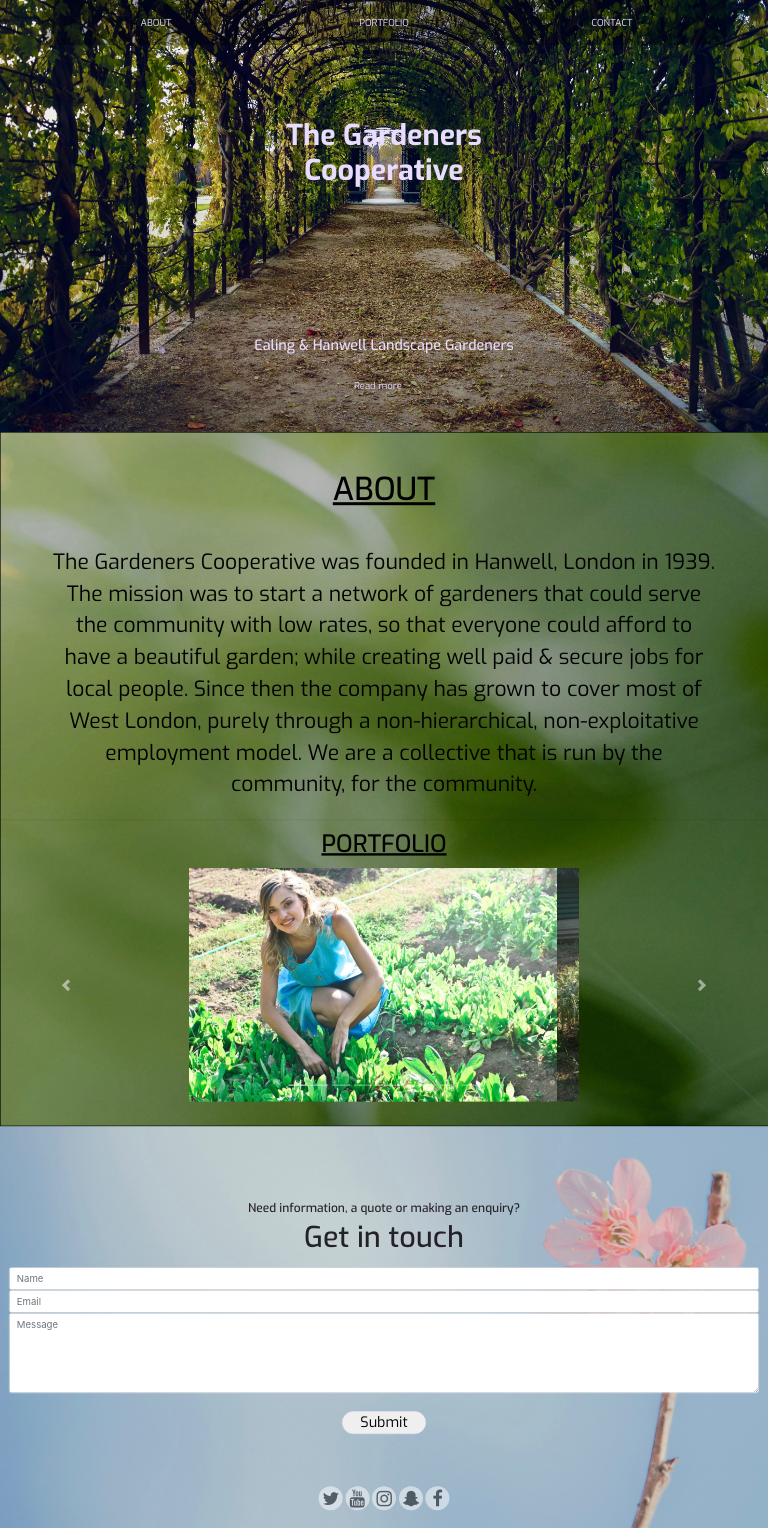
Repository: harrypars0ns/milestone-project
Page: index.html
The author's editor kept a record of every edit. The page is drawn from the files as they stood at one moment, then again after the next edit.
The browser window is 1280 px wide. The pictures show the whole page, at 60% of full size.
Backgrounds fixed to the window are drawn as part of the page.

Above is the page before.

### index.html
<!DOCTYPE html>
<html lang="en">

<head>
    <meta charset="UTF-8">
    <meta name="viewport" content="width=device-width, initial-scale=1.0">
    <meta http-equiv="X-UA-Compatible" content="ie=edge">
    <link rel="stylesheet" href="https://stackpath.bootstrapcdn.com/bootstrap/4.3.1/css/bootstrap.min.css" type="text/css" />
    <link rel="stylesheet" href="https://stackpath.bootstrapcdn.com/font-awesome/4.7.0/css/font-awesome.min.css" type="text/css" />
    <link rel="stylesheet" href="assets/css/style.css" type="text/css" />
    <title>Milestone</title>
</head>

<body>
    <!------------------------------------------------------NAV&LANDING>-->
    <div class="landing">
            <nav class='fixed-top container'>
                <div class="row">
                    <div class="col-4">
                        <a href="#about">ABOUT</a>
                    </div>
                    <div class="col-4">
                        <a href="#portfolio">PORTFOLIO</a>
                    </div>
                    <div class="col-4">
                        <a href="#contact">CONTACT</a>
                    </div>
                </div>
            </nav>


        <!-----------------------------------------TITLE---------------->



        <div id="landing" class="view">

            <div class="mask rgba-black-strong">

                <div class="container-fluid d-flex align-items-center justify-content-center h-100">

                    <div class="content row d-flex justify-content-center text-center">

                        <div class="col-md-10">

                            <h2 class="font-weight-bold pt-5 mb-2">The Gardeners Cooperative</h2>



                            <h4>Ealing & Hanwell Landscape Gardeners</h4>
                            <a class='no-underline' href="#about"><button type="button" class="btn btn-large btn-outline">Read more<i class="fas fa-book ml-2"></i></button></a>

                        </div>

                    </div>

                </div>

            </div>

        </div>
    </div>




    <!------------------------------------------------------------------ABOUT->-->



    <div class='about' id='about'>

        <div class="info text-center">
            <div class="">
                <h1>ABOUT</h1>
            </div>

            <div class="container">
                <div class="row">
                    <div class="col">
                        <p>The Gardeners Cooperative was founded in Hanwell, London in 1939. The mission was to start a network of gardeners that could serve the community with low rates, so that everyone could afford to have a beautiful garden; while creating
                            well paid & secure jobs for local people. Since then the company has grown to cover most of West London, purely through a non-hierarchical, non-exploitative employment model. We are a collective that is run by the community,
                            for the community.</p>
                    </div>

                </div>
            </div>

        </div>
        <hr>
        <!-------------------------------------------------------------------PORTFOLIO-->
        <div class="container-fluid portfolio" id='portfolio'>
            <div class="text-center">
                <h1>PORTFOLIO</h1>
            </div>
            <div class="portfolio">
                <div id="carouselExampleIndicators" class="carousel slide" data-ride="carousel">
                    <ol class="carousel-indicators">
                        <li data-target="#carouselExampleIndicators" data-slide-to="0" class="active"></li>
                        <li data-target="#carouselExampleIndicators" data-slide-to="1"></li>
                        <li data-target="#carouselExampleIndicators" data-slide-to="2"></li>
                        <li data-target="#carouselExampleIndicators" data-slide-to="3"></li>
                        <li data-target="#carouselExampleIndicators" data-slide-to="4"></li>
                        <li data-target="#carouselExampleIndicators" data-slide-to="5"></li>
                        <li data-target="#carouselExampleIndicators" data-slide-to="6"></li>
                        <li data-target="#carouselExampleIndicators" data-slide-to="7"></li>
                        <li data-target="#carouselExampleIndicators" data-slide-to="8"></li>

                    </ol>
                    <div class="carousel-inner">
                        <div class="carousel-item active">
                            <img class="d-block w-100 responsive" src="assets/images/lady.jpg" alt="First slide">
                        </div>
                        <div class="carousel-item">
                            <img class="d-block w-100 responsive" src="assets/images/lady2.jpg" alt="Second slide">
                        </div>
                        <div class="carousel-item">
                            <img class="d-block w-100 responsive" src="assets/images/flowers.jpg" alt="Third slide">
                        </div>
                        <div class="carousel-item">
                            <img class="d-block w-100 responsive" src="assets/images/lady4.jpg" alt="Fourth slide">
                        </div>
                        <div class="carousel-item">
                            <img class="d-block w-100 responsive" src="assets/images/bench.jpg" alt="Fifth slide">
                        </div>
                        <div class="carousel-item">
                            <img class="d-block w-100 responsive" src="assets/images/bloom.jpg" alt="Sixth slide">
                        </div>
                        <div class="carousel-item">
                            <img class="d-block w-100 responsive" src="assets/images/lady3.jpg" alt="Seventh slide">
                        </div>
                        <div class="carousel-item">
                            <img class="d-block w-100 responsive" src="assets/images/adult3.jpg" alt="Eighth slide">
                        </div>
                        <div class="carousel-item">
                            <img class="d-block w-100 responsive" src="assets/images/garden.jpg" alt="Nninth slide">
                        </div>
                    </div>
                    <a class="carousel-control-prev" href="#carouselExampleIndicators" role="button" data-slide="prev">
                        <span class="carousel-control-prev-icon" aria-hidden="true"></span>
                        <span class="sr-only">Previous</span>
                    </a>
                    <a class="carousel-control-next" href="#carouselExampleIndicators" role="button" data-slide="next">
                    <span class="carousel-control-next-icon" aria-hidden="true"></span>
                    <span class="sr-only">Next</span>
                    </a>
                </div>


            </div>


        </div>
    </div>

    <!-------------------------------------------------------------------CONTACT-->


    <div class='contact' id='contact'>

        <section class='container-fluid'>
            <div class="row form-page">
                <div class="col">
                    <div class="contact-info">
                        <h5 class='contact-heading question'>Need information, a quote or making an enquiry?</h4>
                            <h2 class='contact-heading'>Get in touch</h2>
                    </div>
                    <div class="form">
                        <form>
                            <input type="text" name="name" id "fullname" class='form-control' placeholder='Name' required/>
                            <input type="email" name="email" id "email" class='form-control' placeholder='Email' required/>
                            <textarea rows='5' name="message" id "message" class='form-control' placeholder='Message' required/></textarea>
                            <div class="submit">
                                <input id='submit' type="submit" value="Submit" />
                            </div>
                        </form>
                    </div>
                </div>
            </div>
        </section>


        <div class="footer" id='footer'>
            <div class="iconwrapper" <a href="#" class="fa fa-facebook">
                </a>
                <a href="#" class="fa inner fa-twitter"></a>
                <a href="#" class="fa inner fa-youtube"></a>
                <a href="#" class="fa inner fa-instagram"></a>
                <a href="#" class="fa inner fa-snapchat-ghost"></a>
                <a href="#" class="fa inner fa-facebook"></a>


            </div>

        </div>
    </div>








    <script src="https://code.jquery.com/jquery-3.3.1.slim.min.js" integrity="sha384-q8i/X+965DzO0rT7abK41JStQIAqVgRVzpbzo5smXKp4YfRvH+8abtTE1Pi6jizo" crossorigin="anonymous"></script>
    <script src="https://cdnjs.cloudflare.com/ajax/libs/popper.js/1.14.7/umd/popper.min.js" integrity="sha384-UO2eT0CpHqdSJQ6hJty5KVphtPhzWj9WO1clHTMGa3JDZwrnQq4sF86dIHNDz0W1" crossorigin="anonymous"></script>
    <script src="https://stackpath.bootstrapcdn.com/bootstrap/4.3.1/js/bootstrap.min.js" integrity="sha384-JjSmVgyd0p3pXB1rRibZUAYoIIy6OrQ6VrjIEaFf/nJGzIxFDsf4x0xIM+B07jRM" crossorigin="anonymous"></script>

</body>

</html>

### assets/css/style.css
@import url('https://fonts.googleapis.com/css?family=Roboto:100,100i,300,300i,400,400i,500,500i,700&display=swap');
@import url('https://fonts.googleapis.com/css?family=Exo:100,200,300,400,500,600,700&display=swap');



/*----------------------------------------- LANDING*/

.landing {
    background-image: url('../images/landing3.jpg');
    height: 100%;
    background-attachment: fixed;
    background-position: bottom;
    background-repeat: no-repeat;
    background-size: cover;
    border: 0px;
    z-index: 1;
    padding-bottom: 10%;
}


body {
    padding: 0;
    background: black;
}

html,
body,
header,
#intro {
    height: 100%;
    width: 100%;
    color: #e8dcff;


}



#intro {

    -webkit-background-size: cover;
    -moz-background-size: cover;
    -o-background-size: cover;
    background-size: cover;
    text-align: center;


}


.content {
    margin-top: 12%;
    font-family: 'Exo', sans-serif;


}

h2 {
    font-size: 3em;
}

h4 {
    padding-top: 50%;
}




.btn-outline {
    color: #e8dcff;
    margin-top: 5%;
}

.btn-outline:hover {
    color: rgba(112, 241, 146, 0.9);
}

/*section {*/

/*    text-align: center;*/

/*}*/

/*-------------------------------------------------------NAV*/


nav {
    color: #e8dcff;
    text-align: center;
    font-family: 'Exo', sans-serif;
    padding: 2%;
    margin: 0;
    background: rgba(0, 0, 0, 0.3);
    background-clip: padding-box;
    width: 100%;


}

nav a {
    color: #e8dcff;
    text-decoration: none;

}



nav a:hover {
    color: #e8dcff;
    right: 0;
    text-decoration: none;
}

nav a:hover:after {
    border-color: #e8dcff;
    right: 0;
}

nav a:after {
    border-radius: 1em;
    border-top: .1em solid #e8dcff;
    content: "";
    position: absolute;
    right: 100%;
    bottom: .14em;
    left: 0;
    transition: right .4s cubic-bezier(0, .5, 0, 1),
    border-color .4s ease-out;
}

nav a:hover:after {
    right: 0;
}





.no-padding {
    padding: 0 !important;
}




/*----------------------------------------- ABOUT*/

.about {

    background-image: url('../images/about.jpg');

    /*background-position: center;*/
    background-repeat: no-repeat;

    background-size: cover;

    border: 0.1px solid rgba(0, 0, 0, 0);

}




.info {


    font-family: "Exo", sans-serif;

    color: #000000;

    margin-top: 15%;

}

.info h1 {

    font-size: 1.5em;

    text-decoration: underline;

}

.info p {

    font-size: 1em;

    padding-top: 5%;


}

/*----------------------------------------- portfolio*/

.portfolio {
    font-family: "Exo", sans-serif;

    color: #000000;



    margin-top: 1em;

    text-decoration: underline;
}



.carousel {
    margin-bottom: 40px;

}



/*----------------------------------------- CONTACT*/

.contact {

    background-image: url('../images/pink.jpg');
    background-attachment: fixed;
    background-repeat: no-repeat;
    background-size: cover;

}

.contact-info {
    font-family: "Exo", sans-serif;
    text-align: center;
    /*color: #e8dcff;*/
    color: #252129;


    margin-top: 3em;
    margin-bottom: 20px;

}

/*.contact-info h4 {*/
/*    text-decoration: uppercase;*/

/*}*/

.form {
    margin-bottom: 7%;


}

#submit {
    font-family: 'Exo', sans-serif;
    font-size: 150%;
    border: 1px solid #e8dcff;
    border-radius: 50px 50px;
    padding: 0px 30px;
}

.submit {
    text-align: center;
    padding-top: 30px;


}

/*-----------------------------------------ICONS/FOOTER*/

.footer {
    text-align: center;
    padding-bottom: 30px;
    /*padding-bottom: -10px;*/
}

.iconwrappper {}

.icon {
    display: inline-block;
    text-align: center;


}



.fa {
    padding-top: 5px;
    font-size: 30px;
    height: 40px;
    width: 40px;
    text-align: center;
    text-decoration: none;
    border-radius: 50%;
    background: #fff;
    color: white;
    opacity: 0.5;
}

.fa:hover {
    opacity: 0.9;
    text-decoration: none;
    color: #000;
}

.inner {
    padding-left: 1px;
    color: #000;
}

.fa-youtube {
    padding-right: 1px;

}

/*--------------------------------------------MEDIA Queries */

@media (min-height: 750px) {
    h4 {
        margin-top: 70%;
    }
}

@media (max-height: 500px) {
    .btn {
        margin-top: 0px;
    }
    h4 {
        margin-top: 0%;
        padding-top: 0%;
    }
}

@media (min-width: 600px) {
    h4 {
        padding-top: 0px;
    }
    .info {
        margin-top: 5%;
    }
}

@media (min-width: 1000px) {

    h4 {
        margin-top: 50%;
    }



    .info {

        font-size: 2.2em;

    }

    .portfolio h2 {
        padding-top: 50px;
    }

    .carousel {
        padding: 0px 300px;
    }

    .contact-info {
        margin-top: 10%;
    }

}

@media (min-width: 1300px) {
    .form {
        padding-right: 250px;
        padding-left: 250px
    }
}

After the next edit:
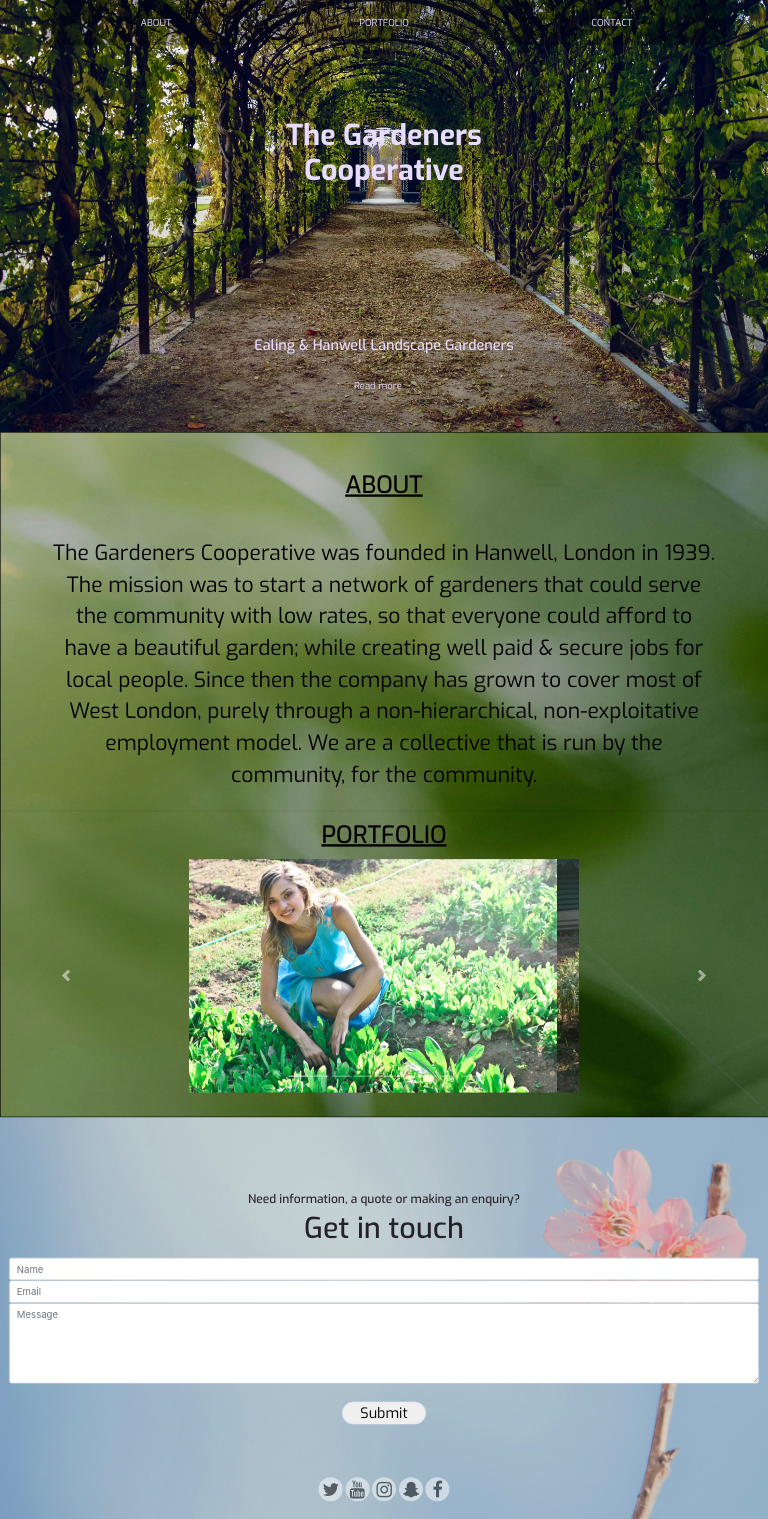
The edit:
--- a/assets/css/style.css
+++ b/assets/css/style.css
@@ -174,7 +174,7 @@
 
 .info h1 {
 
-    font-size: 1.5em;
+    /*font-size: 2em;*/
 
     text-decoration: underline;
 
